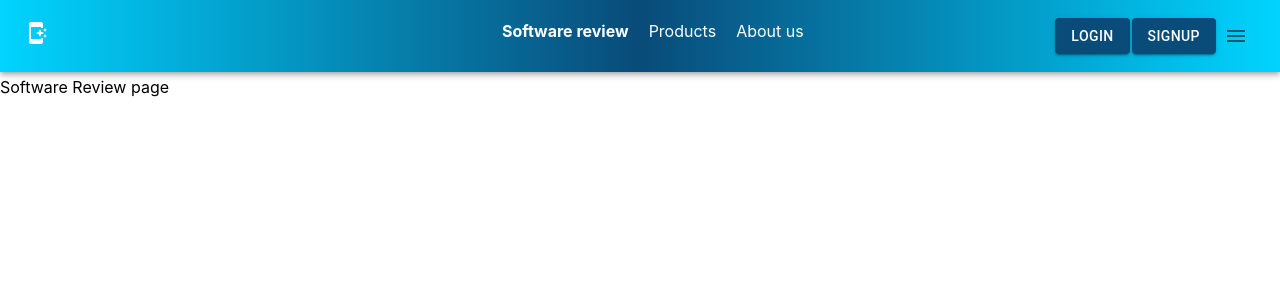
Repository: Alaa-M1/phoenix-products-reactjs-mui
Page: /
These files come from the project's save history. The page is drawn as it stood at one moment and after the next save; the edit follows.
The browser window is 1280 px wide. The pictures show the whole page.
The project was rebuilt for these pictures with package versions that can differ from the ones it lists, and the page was loaded fresh each time. Also part of the build but not shown: src/App.css, src/pages/Products/index.tsx, src/pages/AboutUs/index.tsx.

Above is the page before, as saved 2023-04-18 18:45:50.

After the next save:
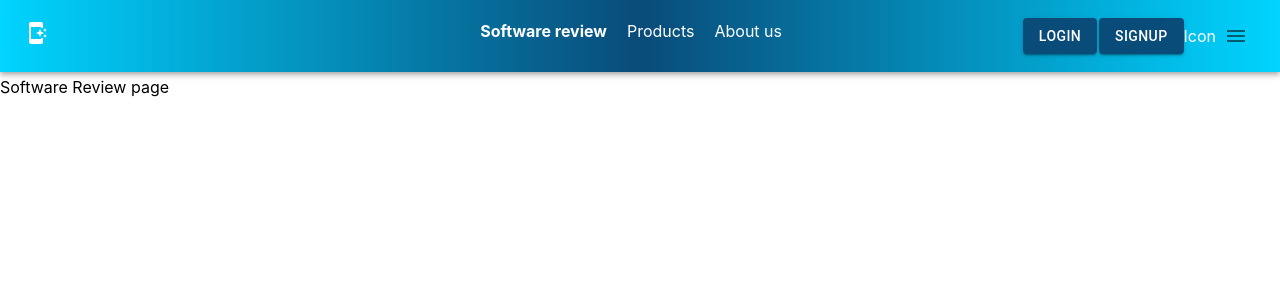
Saved 19 s later.
--- a/src/pages/AppLayout/components/CustomDrawer.tsx
+++ b/src/pages/AppLayout/components/CustomDrawer.tsx
@@ -5,8 +5,9 @@
   ListItemButton,
   ListItemIcon,
   ListItemText,
+
+  Box,
   IconButton,
-  Box,
 } from "@mui/material";
 import { useState } from "react";
 import MenuOutlinedIcon from "@mui/icons-material/MenuOutlined";
@@ -30,6 +31,7 @@
           ))}
         </List>
       </Drawer>
+      Icon
       <IconButton aria-label="Open menu drawer" onClick={() => setOpen(true)}>
         <Box></Box>
         <MenuOutlinedIcon></MenuOutlinedIcon>

After the 4 saves that followed:
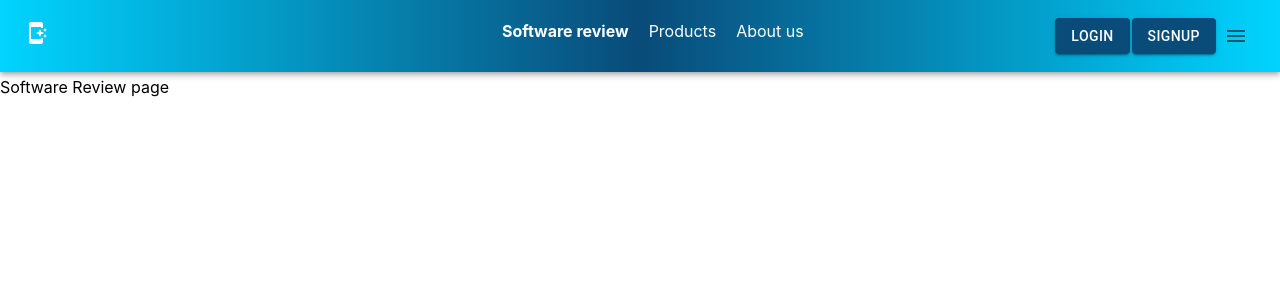
The 4 saves are shown as one change because 3 did not build or start.
The last was saved 2 min 9 s later.
--- a/src/pages/AppLayout/components/CustomDrawer.tsx
+++ b/src/pages/AppLayout/components/CustomDrawer.tsx
@@ -2,12 +2,11 @@
 import Drawer from "@mui/material/Drawer";
 import {
   List,
-  ListItemButton,
   ListItemIcon,
   ListItemText,
-
+  IconButton,
   Box,
-  IconButton,
+  ListItemButton,
 } from "@mui/material";
 import { useState } from "react";
 import MenuOutlinedIcon from "@mui/icons-material/MenuOutlined";
@@ -31,9 +30,7 @@
           ))}
         </List>
       </Drawer>
-      Icon
       <IconButton aria-label="Open menu drawer" onClick={() => setOpen(true)}>
-        <Box></Box>
         <MenuOutlinedIcon></MenuOutlinedIcon>
       </IconButton>
     </>
